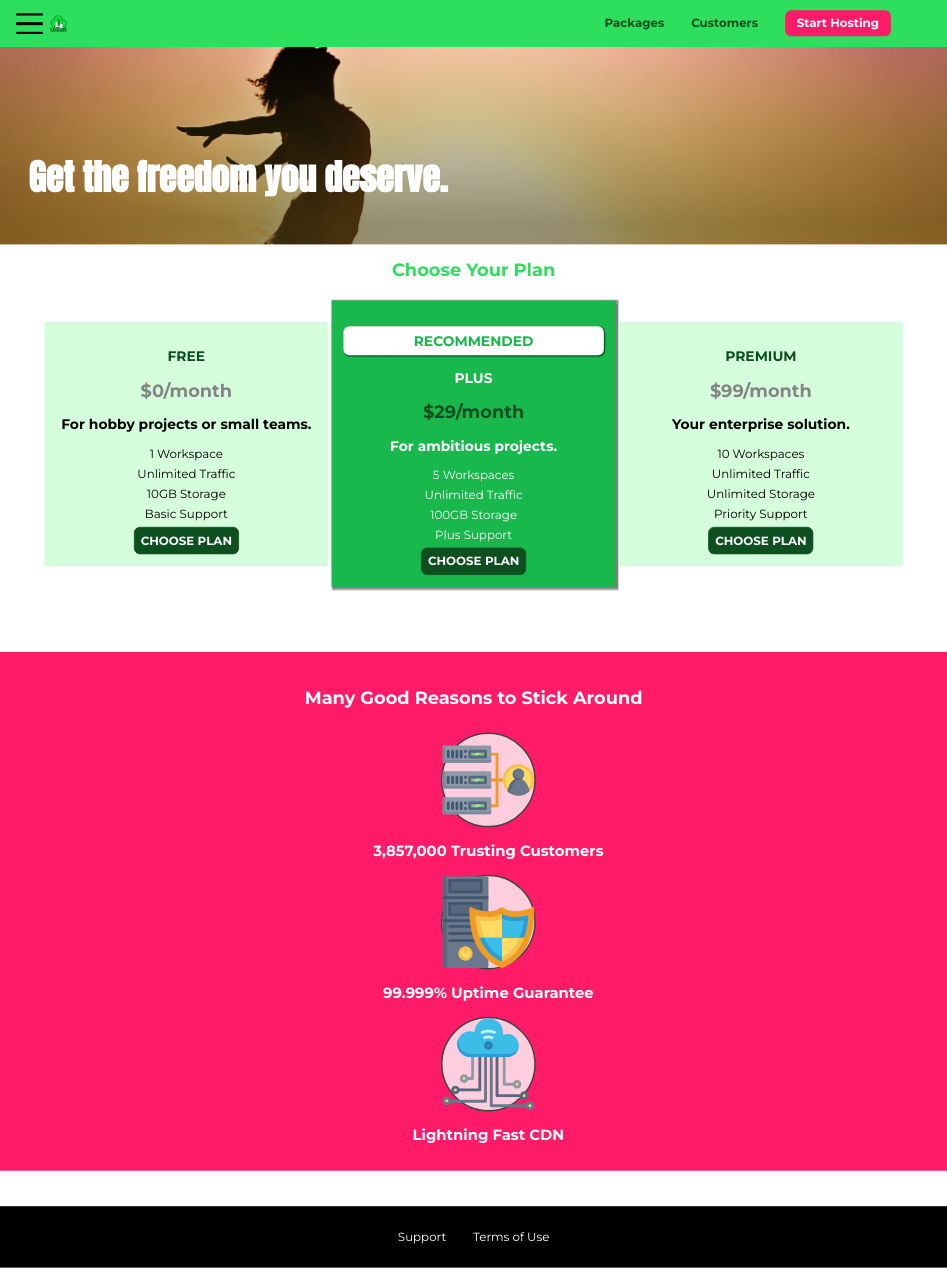
Repository: luacooli/css-course
Page: my_project/index.html
These files come from the project's save history. The page is drawn as it stood at one moment and after the next save; the edit follows.
The browser window is 1280 px wide. The pictures show the whole page, at 74% of full size.

Above is the page before, as saved 2020-09-16 07:27:57.

After the next save:
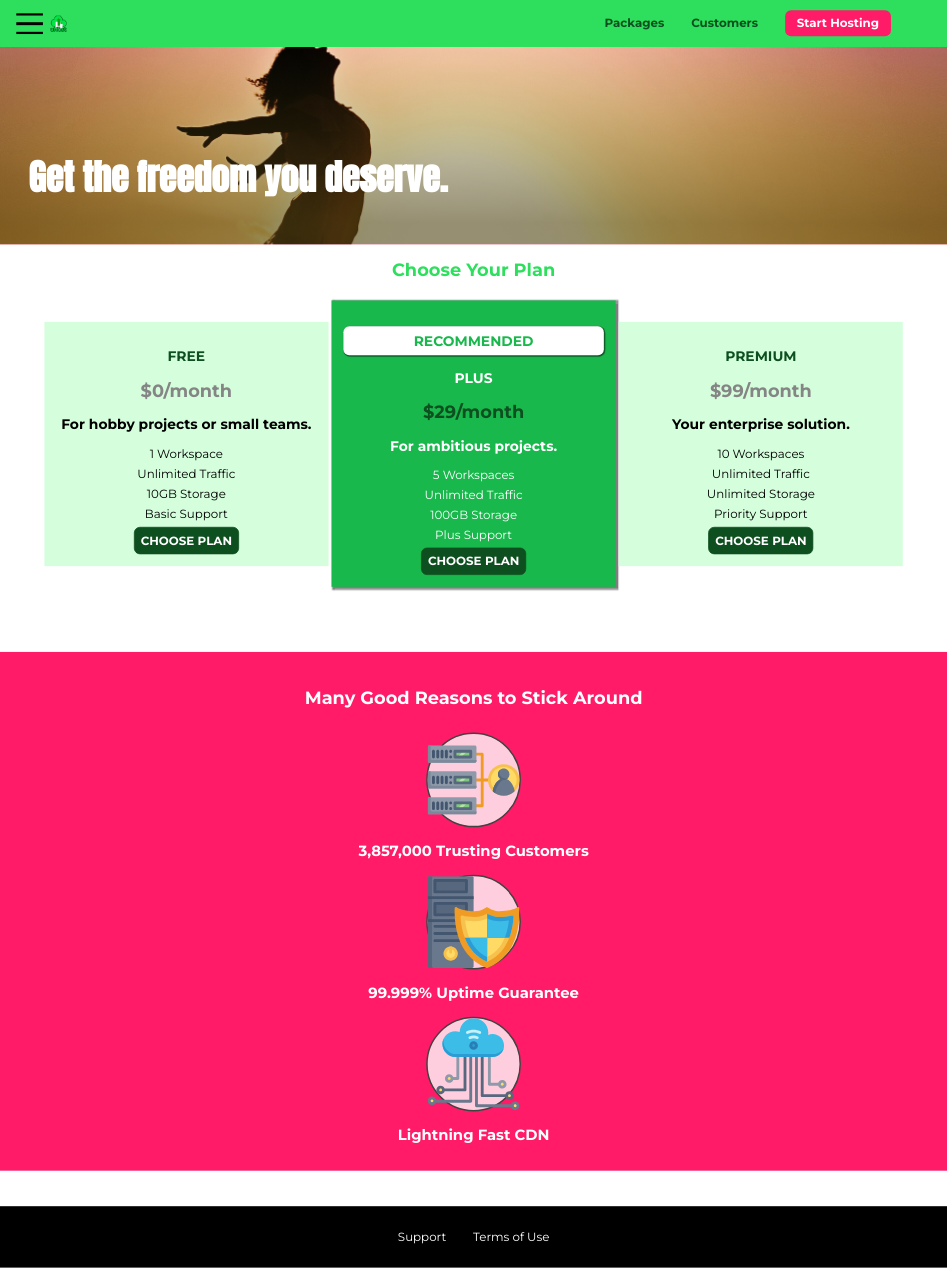
Saved 4 s later.
--- a/my_project/main.css
+++ b/my_project/main.css
@@ -122,8 +122,8 @@
 
 .key-feature__list {
   list-style: none;
-  /* margin: 0;
-  padding: 0; */
+  margin: 0;
+  padding: 0;
 }
 
 .key-feature {
